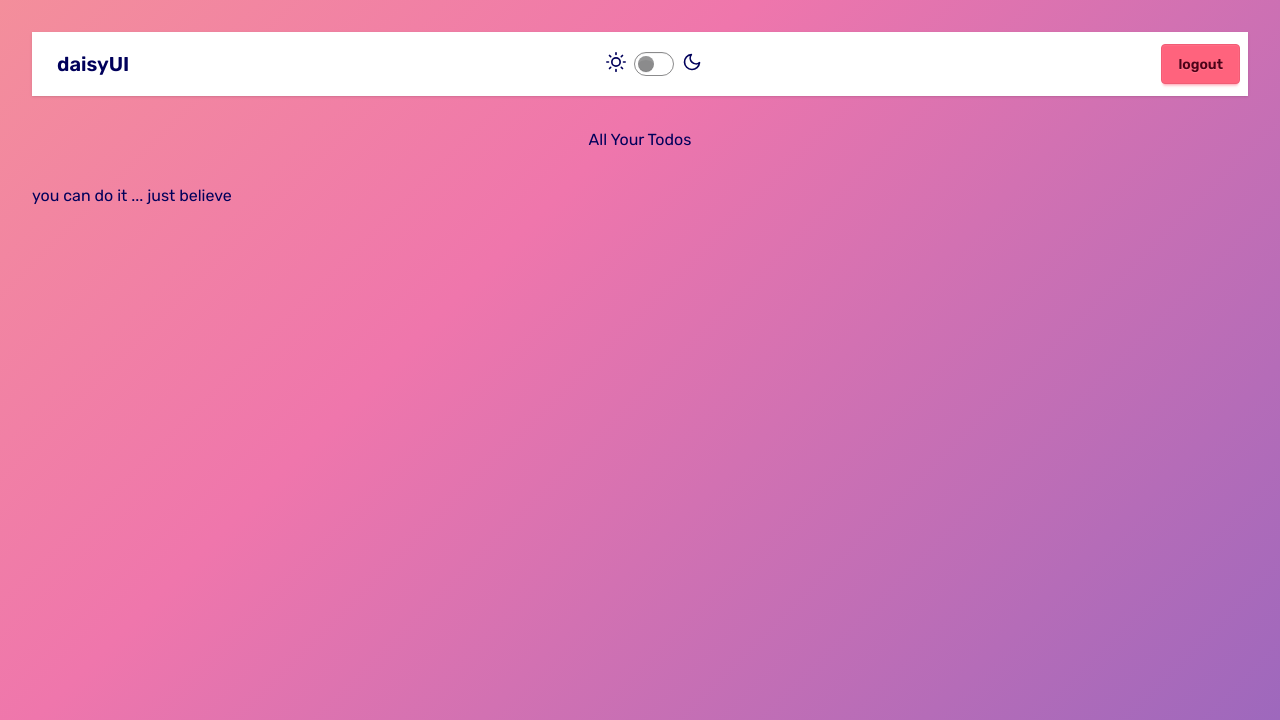
Repository: mariamnabil23/ToDo_App
Page: /
An editor plug-in stored every save of this project. The page is shown before and after the next save, followed by the edit.
The browser window is 1280 px wide. The pictures show the whole page.
Some web fonts or font styles are not loaded; a fallback is used. The project was rebuilt for these pictures with package versions that can differ from the ones it lists, and the page was loaded fresh each time. Requests to the local data server were answered from the project's data file. Also part of the build but not shown: vite.config.js, src/pages/Profile.jsx, src/pages/NotFound.jsx.

Above is the page before, as saved 2025-05-01 23:16:27.

### index.html
<!doctype html>
<html lang="en">
  <head>
    <meta charset="UTF-8" />
    <link rel="icon" type="image/svg+xml" href="/vite.svg" />
    <meta name="viewport" content="width=device-width, initial-scale=1.0" />

    <link rel="preconnect" href="https://fonts.googleapis.com">
<link rel="preconnect" href="https://fonts.gstatic.com" crossorigin>
<link href="https://fonts.googleapis.com/css2?family=Cairo:wght@200..1000&family=Indie+Flower&family=Poetsen+One&family=Rubik:ital,wght@0,300..900;1,300..900&family=Tagesschrift&family=Tajawal:wght@200;300;400;500;700;800;900&display=swap" rel="stylesheet">

    <title>ToDo App</title>
  </head>
  <body>
    <div id="root"></div>
    <script type="module" src="/src/main.jsx"></script>
  </body>
</html>

### src/main.jsx
import { StrictMode } from 'react'
import { createRoot } from 'react-dom/client'
import "./index.css"
import App from './App.jsx'
import { AuthContextProvider } from './context/AuthContext.jsx'
import { TodoContextProvider } from './context/TodoContext.jsx'
import { ThemeContextProvider } from './context/ThemeContext.jsx'

createRoot(document.getElementById('root')).render(
  <StrictMode>
    <AuthContextProvider>
      <TodoContextProvider>
        <ThemeContextProvider>
          <App />
        </ThemeContextProvider>
      </TodoContextProvider>
    </AuthContextProvider>
  </StrictMode>,
)

### src/index.css
@import "tailwindcss";
@plugin "daisyui";

body{
    min-height: 100vh;
    font-family: "Rubik", sans-serif;
    font-optical-sizing: auto;
    font-style: normal;
}


.app{
    min-height: 100vh;

    display: flex;
  flex-direction: column;
}

.lightMood {
  background: linear-gradient(-45deg, #4158D0, #ef76ac, #FFCC70, #00DBDE);
  background-size: 400% 400%;
  animation: gradientMove 10s ease infinite;
}

@keyframes gradientMove {
  0% {
    background-position: 0% 50%;
  }
  50% {
    background-position: 100% 50%;
  }
  100% {
    background-position: 0% 50%;
  }
}

.darkMood{
    background-color: rgb(1, 1, 62);
    color: bisque;

}

table, .navbar, .modal{
    color:  rgb(0, 0, 91);
}

### src/App.jsx
import { useContext } from "react"
import { ThemeContext } from "./context/ThemeContext"
import "./App.css"
import { BrowserRouter, Routes, Route } from 'react-router-dom';

import Layout from "./layout/Layout";
import Home from "./pages/Home"
import Profile from "./pages/Profile"
import NotFound from "./pages/NotFound"


function App() {

  const {dark} = useContext(ThemeContext);

  return (
    <>
      <div className={dark ? "app  darkMood" : "app  lightMood"}  >

      <BrowserRouter>
        <Routes>
          <Route path="/"  element={ <Layout/> } >

          <Route index={true}  element={ <Home/> } />
          <Route path="profile"  element={ <Profile/> } />
          <Route path="*" element={<NotFound />} />

          </Route>

        </Routes>
      </BrowserRouter>

      </div>
    </>
  )
}

export default App

### src/context/AuthContext.jsx
import axios from "axios";
import { createContext, useEffect, useState } from "react";
import emailjs from 'emailjs-com';
import toast from "react-hot-toast";


// 1- create context
export const AuthContext = createContext();

// 2- create provider function that contain all data we will send (value)
export const AuthContextProvider = ({ children }) => {
    const [allUsers, setAllUsers] = useState([]);
    const [currentUser, setCurrentUser] = useState(() => {
        const savedUser = sessionStorage.getItem("currentUser");
        return savedUser ? JSON.parse(savedUser) : null;
    });

    const urlAPI = "http://localhost:3000/users";
    // fetch all users from API
    const fetchUsers = () => {
        axios
            .get(urlAPI)
            .then((res) => setAllUsers(res.data))
            .catch((err) => console.log("Error fetching users ❌", err));
    };

    useEffect(() => {
        fetchUsers();

    }, []);

    // login
    const handleLogin = (userInfo) => {
        setCurrentUser(userInfo);
    };


    // register
    const handleRegister = (newUser) => {
        axios.post(urlAPI, newUser)
        .then((data)=>console.log(data.data))
        .catch((error)=(confirm.log("Failed to add new users in the app ❌")))
    };

    // logout
    const handleLogout = () => {
        setCurrentUser(null);
        sessionStorage.removeItem("currentUser");
    };




        const sendCompletedTodos = (userEmail, username, completedTodos) => {
      const completedList = completedTodos.map(todo => `• ${todo.title}`).join('\n');

      const templateParams = {
        to_email: userEmail,
        username: username,
        completedTodos: completedList
      };

      emailjs.send('service_qwtjd51', 'template_w157uec', templateParams, '08YRxWyjDgOt_r7sV')
        .then((res) => {
          toast.success('Email sent successfully! 📧');
          console.log(templateParams)
        })
        .catch((err) => {
          toast.error('Failed to send email ❌');
          console.error(err);
        });
    };






    // 3- wrapper everything to the context provider
    return (
        <AuthContext.Provider value={ { allUsers, currentUser, handleLogin, handleRegister, handleLogout, sendCompletedTodos } }>

            {children}

        </AuthContext.Provider>
    );
};

### src/context/TodoContext.jsx
import axios from "axios";
import { createContext, useEffect, useState } from "react";

export const TodoContext =  createContext();



export const TodoContextProvider =( {children} )=>{

    const [todos, setTodos] = useState([]);

    // fetch todos data
    useEffect(()=>{
        axios.get("http://localhost:3000/todos")
        .then((res)=>{
            console.log(res.data);
            setTodos(res.data);
        })
        .catch((error)=>(console.log("Error from Fetching Todos! ❌", error)))
    },[])


    // add todo
    const addTodo =(newTodo)=>{

    }

    // delete todo
    const deleteTodo =(id)=>{
        setTodos(  todos.filter( (todo) => (todo.id !== id) )  )
    }

    // edit todo state
    const editTodoState =()=>{

    }

    // clear all todos
    const clearAllTodos =()=>{
        setTodos( null )
    }


    return <TodoContext.Provider  value={{todos}} >
        {children}
    </TodoContext.Provider>
}

### src/context/ThemeContext.jsx
import { createContext, useState } from "react";

export const ThemeContext =  createContext();

export const ThemeContextProvider =( {children} )=>{

    const [dark, setDark] = useState(() => {
        const saved = sessionStorage.getItem("darkTheme");
        return saved === "true";         // output ===> false
    });

    const switchTheme = () => {
    setDark((prev) => {
        const newValue = !prev;         // newValue = true ===> dark
        sessionStorage.setItem("darkTheme", newValue);
        return newValue;
    });
    };

    return <ThemeContext.Provider  value={{dark, switchTheme}} >
        {children}
    </ThemeContext.Provider>
}

### src/App.css
.app {
    min-height: 100vh;
    padding: 2rem;
    transition: all 0.3s ease;
}

.lightMood{
    background-color: bisque;
    color: rgb(0, 0, 91);
}
.darkMood{
    background-color: rgb(0, 0, 91);
    color: bisque;
}

### src/layout/Layout.jsx
import React from 'react'
import Navbar from "../components/Navbar"
import Footer from "../components/Footer"

import { Outlet } from 'react-router-dom';


const Layout = () => {
    return (
        <div>
            <Navbar/>

            <main style={{ padding: '2rem' }}>
                <Outlet />
            </main>

            <Footer/>
        </div>
    )
}

export default Layout

### src/pages/Home.jsx
import React from 'react'

const Home = () => {
  return (
    <>
    <h1 className='text-center' >All Your Todos</h1>
    </>
  )
}

export default Home

### src/components/Navbar.jsx
import React from 'react'
import Theme from './Theme'

const Navbar = () => {
  return (
    <>
      <div className="navbar bg-base-100 shadow-sm flex justify-between items-center">
        <a className="btn btn-ghost text-xl">daisyUI</a>

<Theme/>

        <button className='btn btn-error'>logout</button>
      </div>
    </>
  )
}

export default Navbar

### src/components/Footer.jsx
import React from 'react'

const Footer = () => {
    return (
        <div>
            <h1>you can do it ... just believe</h1>
        </div>
    )
}

export default Footer

### src/components/Theme.jsx
import React, { useContext } from 'react'
import { ThemeContext } from '../context/ThemeContext'


const Theme = () => {

    const {dark, switchTheme} = useContext(ThemeContext);


    return (
        <>
        <label className="flex cursor-pointer gap-2">
        <svg
            xmlns="http://www.w3.org/2000/svg"
            width="20"
            height="20"
            viewBox="0 0 24 24"
            fill="none"
            stroke="currentColor"
            strokeWidth="2"
            strokeLinecap="round"
            strokeLinejoin="round">
            <circle cx="12" cy="12" r="5" />
            <path
            d="M12 1v2M12 21v2M4.2 4.2l1.4 1.4M18.4 18.4l1.4 1.4M1 12h2M21 12h2M4.2 19.8l1.4-1.4M18.4 5.6l1.4-1.4" />
        </svg>
        <input type="checkbox" value="synthwave" className="toggle theme-controller"  checked={dark}  onChange={switchTheme} />
        <svg
            xmlns="http://www.w3.org/2000/svg"
            width="20"
            height="20"
            viewBox="0 0 24 24"
            fill="none"
            stroke="currentColor"
            strokeWidth="2"
            strokeLinecap="round"
            strokeLinejoin="round">
            <path d="M21 12.79A9 9 0 1 1 11.21 3 7 7 0 0 0 21 12.79z"></path>
        </svg>
    </label>
        </>
    )
}

export default Theme

### db.json
{
"todos": [
    {
        "id": 1,
        "text": "task 1",
        "done": false,
        "userId": 1,
        "createdAt": "2025-04-30T10:15:00Z"
    },
    {
        "id": 2,
        "text": "task2",
        "done": true,
        "userId": 1,
        "createdAt": "2025-04-30T10:15:00Z"
    },
    {
        "id": 3,
        "text": "task3",
        "done": true,
        "userId": 2,
        "createdAt": "2025-04-30T10:15:00Z"
    },
    {
        "id": 4,
        "text": "task4",
        "done": false,
        "userId": 2,
        "createdAt": "2025-04-30T10:15:00Z"
    }
],


"users": [
    {
        "id": 1,
        "username": "mona",
        "password": "1234",
        "image": "data:[embedded picture, 5635 characters]"
    },
    {
        "id": 2,
        "username": "ahmed",
        "password": "abcd",
        "image": "data:[embedded picture, 5751 characters]"
    }
]

}

After the next save:
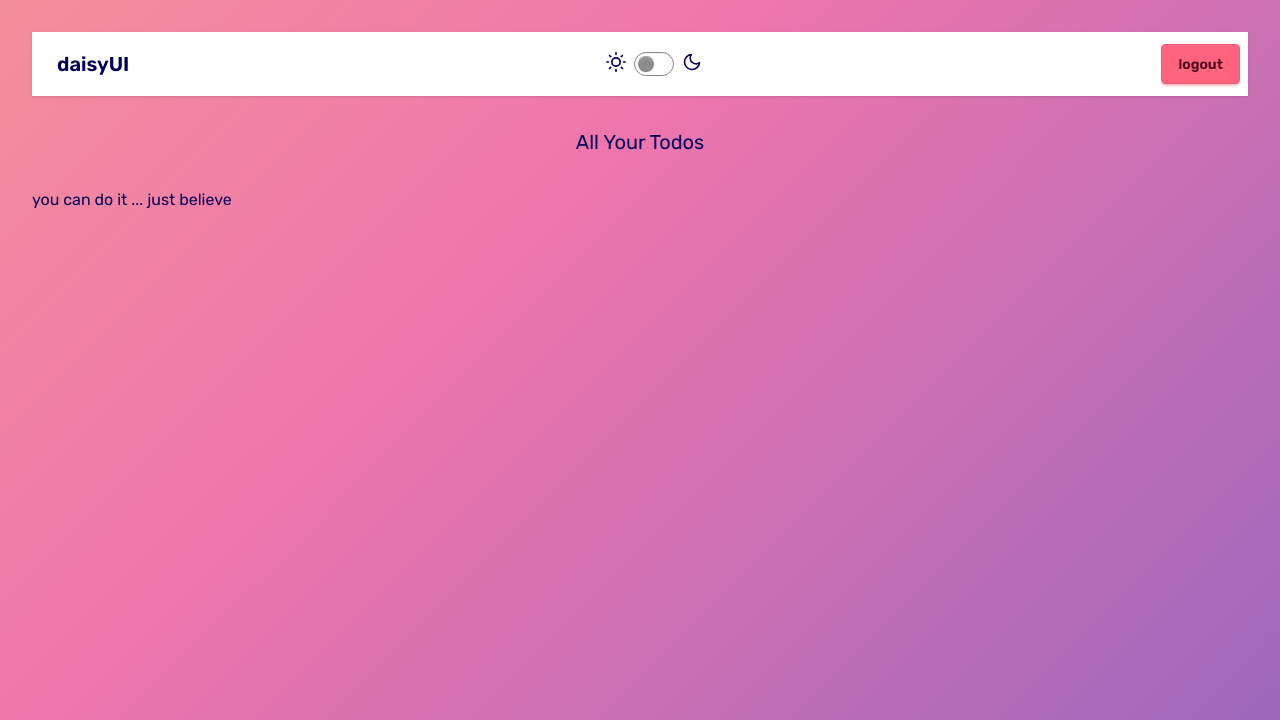
Saved 39 s later.
--- a/src/pages/Home.jsx
+++ b/src/pages/Home.jsx
@@ -3,7 +3,7 @@ import React from 'react'
 const Home = () => {
   return (
     <>
-    <h1 className='text-center' >All Your Todos</h1>
+    <h1 className='text-center text-xl' >All Your Todos</h1>
     </>
   )
 }
